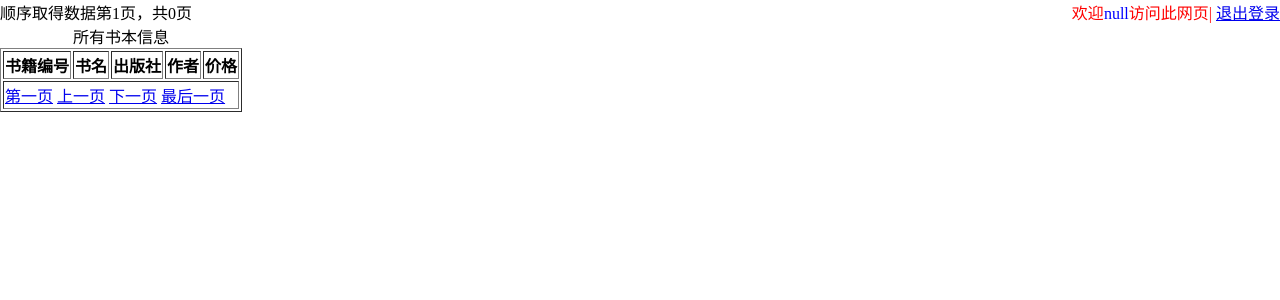
Repository: guirui-li/StudyJavaWeb
Page: http://localhost/JavawebTest/FenServlet?page=1
An editor plug-in stored every save of this project. The page is shown before and after the next save, followed by the edit.
The browser window is 1280 px wide. The pictures show the whole page.
The page is served by Tomcat 9. Queries for data that is not in the repository find no rows.

Above is the page before, as saved 2019-04-30 11:47:23.

After the next save:
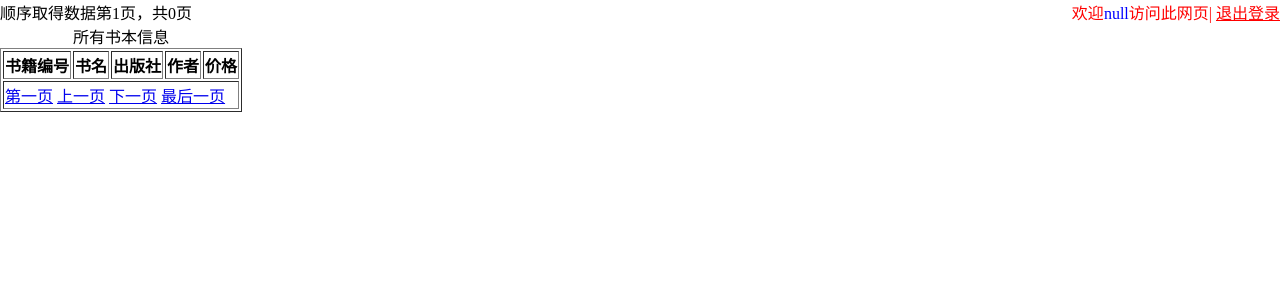
Saved 7 s later.
--- a/JavawebTest/WebContent/experiment08/loginSuccess.jsp
+++ b/JavawebTest/WebContent/experiment08/loginSuccess.jsp
@@ -31,7 +31,7 @@
 	%>
 	<div id="div">
 		欢迎<font style="color:blue"><%=name%></font>访问此网页|
-		<a href="/experiment08/login.jsp" style="">退出登录</a>
+		<a href="/experiment08/login.jsp" style="color:red">退出登录</a>
 	</div>
 	顺序取得数据第<%=pagee %>页，共<%=pages %>页<br>
 	<table border="1">

After the 4 saves that followed:
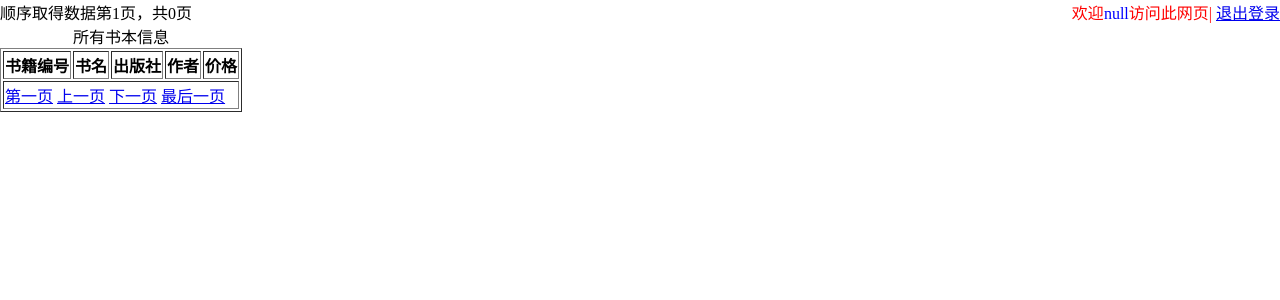
The 4 saves are shown as one change because 3 left the picture as it was.
The last was saved 3 min 35 s later.
--- a/JavawebTest/WebContent/experiment08/loginSuccess.jsp
+++ b/JavawebTest/WebContent/experiment08/loginSuccess.jsp
@@ -31,7 +31,7 @@
 	%>
 	<div id="div">
 		欢迎<font style="color:blue"><%=name%></font>访问此网页|
-		<a href="/experiment08/login.jsp" style="color:red">退出登录</a>
+		<a href="experiment08/login.jsp">退出登录</a>
 	</div>
 	顺序取得数据第<%=pagee %>页，共<%=pages %>页<br>
 	<table border="1">
